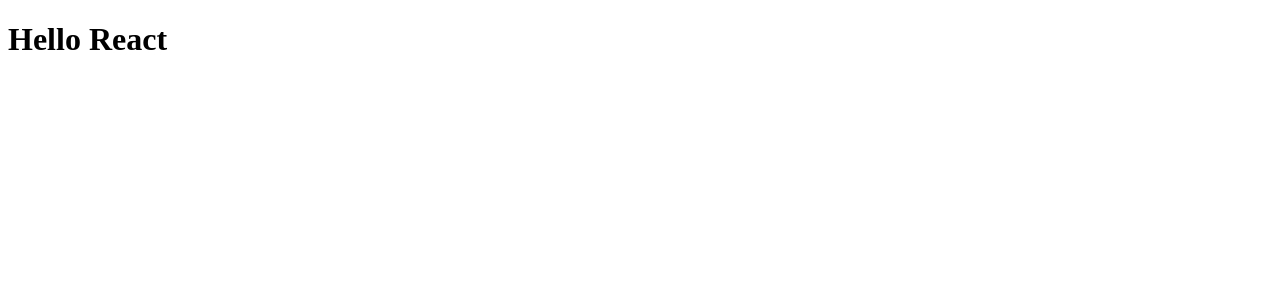
Repository: bjsnake/react_basic
Page: 02_虚拟DOM的两种创建方式/1.使用jsx创建虚拟DOM.html
These files come from the project's save history. The page is drawn as it stood at one moment and after the next save; the edit follows.
The browser window is 1280 px wide. The pictures show the whole page.

Above is the page before, as saved 2022-10-15 23:28:55.

After the next save:
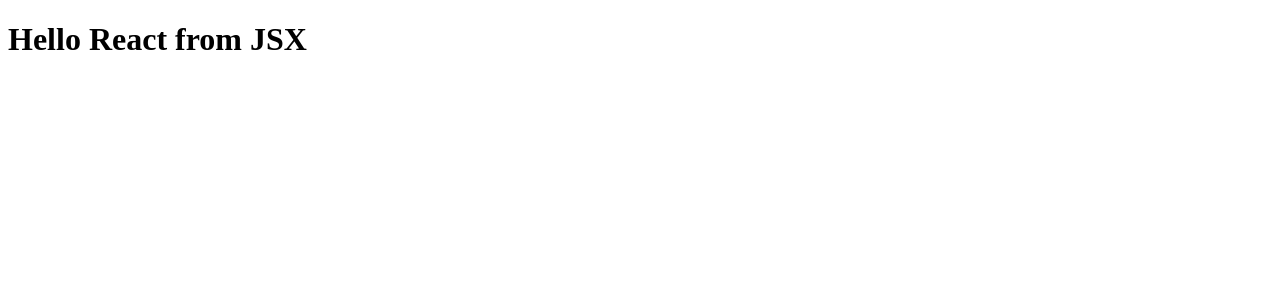
Saved 8 s later.
--- a/02_虚拟DOM的两种创建方式/1.使用jsx创建虚拟DOM.html
+++ b/02_虚拟DOM的两种创建方式/1.使用jsx创建虚拟DOM.html
@@ -19,7 +19,7 @@
 
         <script type="text/babel">
             // 1.创建虚拟DOM
-            const VDOM = <h1>Hello React</h1> //此处不能使用引号来包围标签，因为它不是字符串
+            const VDOM = <h1>Hello React from JSX</h1> //此处不能使用引号来包围标签，因为它不是字符串
             // 2.渲染虚拟DOM到页面
             ReactDOM.render(VDOM,document.getElementById("test"));
         </script>
